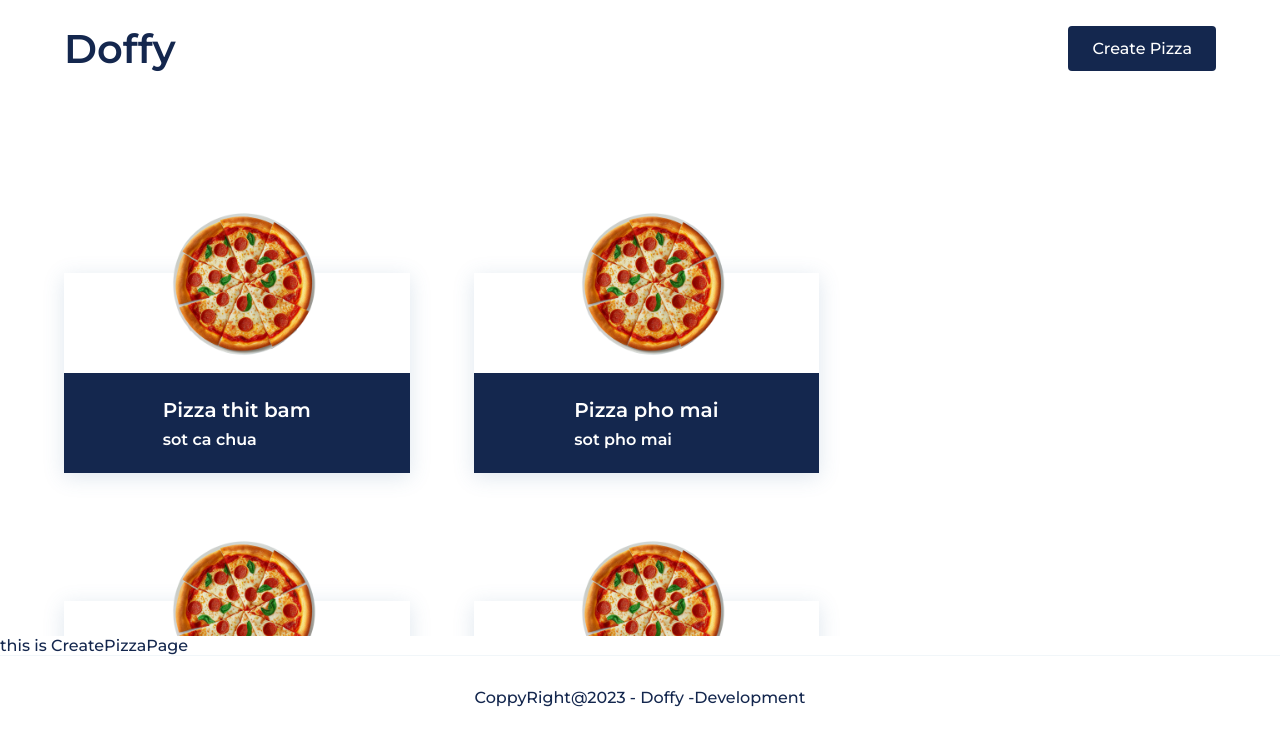
Repository: 16-Doffy/Pizza-Store
Page: /
An editor plug-in stored every save of this project. The page is shown before and after the next save, followed by the edit.
The browser window is 1280 px wide. The pictures show the whole page.
An inner scrolling area shows only its first screen. The project was rebuilt for these pictures with package versions that can differ from the ones it lists, and the page was loaded fresh each time. Also part of the build but not shown: webpack.config.js.

Above is the page before, as saved 2025-02-06 22:39:25.

After the next save:
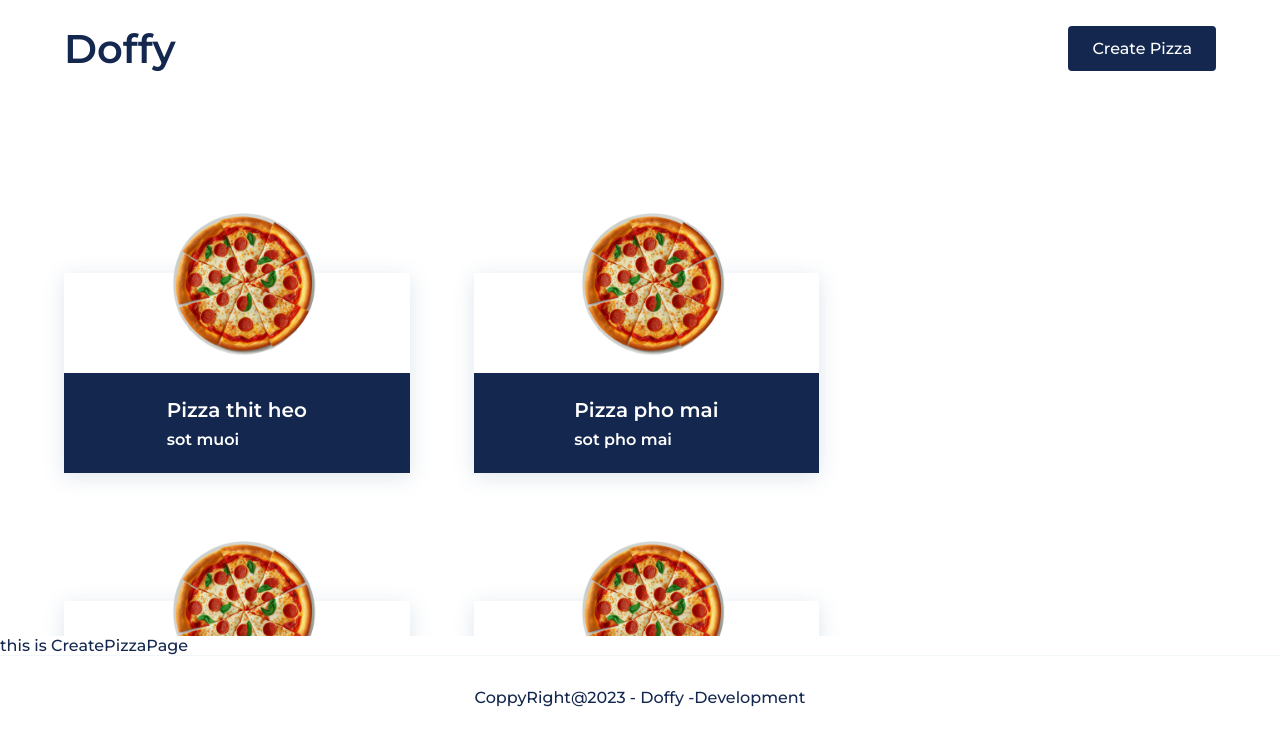
Saved 106 s later.
--- a/src/pages/HomePage.tsx
+++ b/src/pages/HomePage.tsx
@@ -5,7 +5,7 @@ import { Pizza } from "../models/Pizza.model";
 const HomePage = () => {
 
     const [pizzas, setPizzas] = useState<Pizza[]>([
-      {id: 1, title: 'Pizza thit bam', description:' sot ca chua'},
+      {id: 1, title: 'Pizza thit heo', description:' sot muoi'},
       {id: 2, title: 'Pizza pho mai', description:' sot pho mai'},
       {id: 3, title: 'Pizza hai san', description:' sot hai san'},
     ]);
